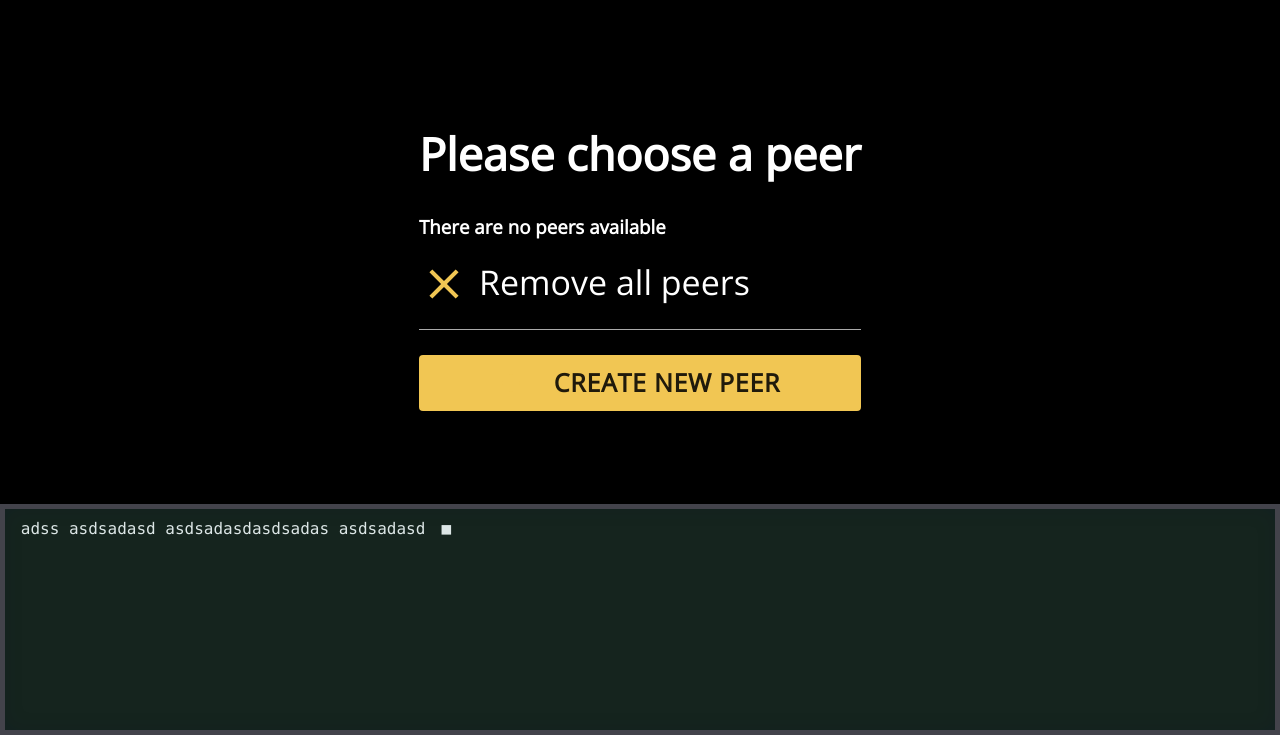
Repository: Bachdz/ASAP-Gui-Frontend
Page: /login
These files come from the project's save history. The page is drawn as it stood at one moment and after the next save; the edit follows.
The browser window is 1280 px wide. The pictures show the whole page.
The page's requests for data from a server got no answer. The project was rebuilt for these pictures with package versions that can differ from the ones it lists, and the page was loaded fresh each time. No one was signed in, and anything a server would have sent is missing. Also part of the build but not shown: src/css/loginscreen/Peer.css, src/components/fragments/Footer.js, src/components/mainscreen/subcomponents/Apps.js, src/css/mainscreen/Main.css, src/components/mainscreen/Main.js.

Above is the page before, as saved 2020-12-16 20:30:52.

### src/App.js
import React from 'react';



import { ReactComponent as Arrow } from './arrow.svg';
import Login from './components/loginscreen/Login';
import Main from './components/mainscreen/Main';
import { Link } from 'react-router-dom';
import Logo from './components/fragments/Footer';


import { BrowserRouter as Router, Route } from 'react-router-dom'

import './App.css';

function App() {
  return (
      <Router>
        <Route exact path="/" render={props => (
          <React.Fragment>
        <div className="container">

            <div className="content">
              <div id="box">
                <h1>Welcome to ASAP engine</h1>
                <Link to="/login"><Arrow id="next" /></Link>
              </div>
            </div>
          <Logo />
        </div>


          </React.Fragment>
        )} />
        <Route path="/login" component={Login} />
        <Route path="/main/user" component={Main} />

      </Router>
  );
}



export default App;

### src/components/loginscreen/Login.js
import React, { Component } from 'react';
import Peer from './subcomponents/Peer';
import CreateUser from './subcomponents/CreateUser';
import CloseIcon from '@material-ui/icons/Close';
import Alert from '@material-ui/lab/Alert';
import Snackbar from '@material-ui/core/Snackbar';
import Logo from '../fragments/Footer';
import Terminal from '../fragments/Terminal';



import '../../css/loginscreen/Login.css';
import axios from 'axios';



class Login extends Component {
    state = {
        peers: [],
        alertopen: false,
        alertmsg: '',
        alerttype: ''
    }

    componentDidMount() {
        axios.get('http://localhost:8080/api/v1/asap/peers')
            .then(res => this.setState({ peers: res.data }))
        document.getElementsByClassName('i-has-teh-code').scrollTop = 9999999;
    }

    //create User
    addUser = (userName) => {
        let url = 'http://localhost:8080/api/v1/asap/peer?name=' + userName;
        axios.post(url)
            .then(res => this.setState({ peers: [...this.state.peers, res.data] }))
    }

    //remove all users
    removeAllUser = () => {
        axios.delete('http://localhost:8080/api/v1/asap/peers')
            .then(res => {
                if (res.data === false) {
                    this.setState({ alertopen: !this.state.alertopen, alertmsg: "Couldn't delete peers", alerttype: "error" });

                } else if (res.data === true) {
                    this.setState({ alertopen: !this.state.alertopen, alertmsg: "Deleted successfully ", alerttype: "success" });
                    axios.get('http://localhost:8080/api/v1/asap/peers')
                        .then(res => this.setState({ peers: res.data }))
                }



            }


            )


    }

    handleClose = (event, reason) => {
        this.setState({ alertopen: !this.state.alertopen });
    }


    render() {
        const { alertopen, alertmsg, alerttype } = this.state;
        return (
            <div>

                <div className="background-container">
                    <div className="content">
                        <div className="login-container">
                            <Snackbar anchorOrigin={{ vertical: 'top', horizontal: 'center' }} open={alertopen} autoHideDuration={2000} onClose={this.handleClose}>
                                <Alert onClose={this.handleClose} severity={alerttype}>
                                    {alertmsg}
                                </Alert>
                            </Snackbar>
                            <h1>Please choose a peer</h1>
                            <Peer peers={this.state.peers} />

                            <div id="remove-peer">
                                <CloseIcon id="remove" onClick={this.removeAllUser} /> Remove all peers
            </div>
                            <CreateUser addUser={this.addUser} />

                        </div>
                    </div>

                </div>
                <Terminal />

            </div>

        );
    }
}


export default Login;

### src/App.css
@import url('https://fonts.googleapis.com/css?family=Open+Sans');
body {
  font-family: "Open Sans", sans-serif;

}

#box {
  text-align: center;
}

.content {
  min-height: 70vh;
  display: flex;
  align-items: center;
}

.container {
  display: flex;
  align-items: center;
  justify-content: center;
  flex-direction: column;
  background-color: #000000;
  color: #ffffff;
  height: 100vh;
  margin:0;
}

footer {
 margin-top:auto;
 width: 100vw;
}



#next {
  cursor: "pointer";
  transition: transform 330ms ease-in-out;

}
#next:hover {
  cursor: pointer;
  -ms-transform: scale(1.2); /* IE 9 */
  -webkit-transform: scale(1.2); /* Safari 3-8 */
  transform: scale(1.2);
}
h1 {
  font-size: 45px;
  text-align: center;
  animation: fadein 3s;
  -moz-animation: fadein 3s; /* Firefox */
  -webkit-animation: fadein 3s; /* Safari and Chrome */
  -o-animation: fadein 3s; /* Opera */
}
@keyframes fadein {
  from {
      opacity:0;
  }
  to {
      opacity:1;
  }
}
@-moz-keyframes fadein { /* Firefox */
  from {
      opacity:0;
  }
  to {
      opacity:1;
  }
}
@-webkit-keyframes fadein { /* Safari and Chrome */
  from {
      opacity:0;
  }
  to {
      opacity:1;
  }
}
@-o-keyframes fadein { /* Opera */
  from {
      opacity:0;
  }
  to {
      opacity: 1;
  }
}

### src/components/loginscreen/subcomponents/Peer.js
import React from 'react';
import '../../../css/loginscreen/Peer.css';
import AccountCircleIcon from '@material-ui/icons/AccountCircle';
import ArrowForwardIcon from '@material-ui/icons/ArrowForward';
// import { Redirect } from 'react-router-dom';
import { Link } from 'react-router-dom';

function Peer (props) {

        if (props.peers.length > 0) {
            return (
                props.peers.map((peer) => (
                    <div className="peer-container">
                        <AccountCircleIcon id="icon" />
                        {peer.name}
                        <Link to={{
                            pathname: '/main/user',
                            state: {
                                peer: peer.name
                            }
                        }}>
                            <ArrowForwardIcon id="forward" />
                        </Link>
                    </div>

                ))

            );


        } else {
            return (
                <h3>There are no peers available</h3>
            )
        }
    }





export default Peer;

### src/components/loginscreen/subcomponents/CreateUser.js
import React, {Component} from 'react';
import Button from '@material-ui/core/Button';
import AddIcon from '@material-ui/icons/Add';
import TextField from '@material-ui/core/TextField';
import Dialog from '@material-ui/core/Dialog';
import DialogActions from '@material-ui/core/DialogActions';
import DialogContent from '@material-ui/core/DialogContent';
import '../../../css/loginscreen/CreateUser.css';
import DialogContentText from '@material-ui/core/DialogContentText';

export class CreateUser extends Component {
    state = {
        open: false,
        error: false,
        username: ''
    }

    handleClickOpen = () => {
        this.setState({
            open: !this.state.open
        })
      };

    handleClose = (e) => {
        this.setState({
            open: !this.state.open
        })
    };

    onChange = (e) => this.setState({ [e.target.name]: e.target.value })

    onSubmit = (e) => {
        if (this.state.username !== '') {
            this.props.addUser(this.state.username);
            this.setState({username : ''});
            this.handleClose();
        } else {
            this.setState({error: true});
        }
    }

    render() {
    const { open,error } = this.state

    return (
        <div>

            <Button startIcon={<AddIcon id="addIcon" />} id="addButton" onClick={this.handleClickOpen}>Create new peer</Button>

            <Dialog open={open} onClose={this.handleClose} aria-labelledby="form-dialog-title">
                <DialogContent id="dialog">
                    <DialogContentText id="dialog-text">
                        Please enter your name
          </DialogContentText>
                    <TextField
                       error={this.state.error}
                     required
                        autoFocus
                        margin="dense"
                        name="username"
                        type="string"
                        label="Username"
                        helperText={error ===true  ? "username is required" : ""}
                        onChange={this.onChange}
                        fullWidth
                    />
                </DialogContent>
                <DialogActions id="dialog-action">
                    <Button onClick={this.onSubmit} id="button" color="primary">
                        Done
          </Button>
                </DialogActions>
            </Dialog>
        </div>
    );
}
}
export default CreateUser ;

### src/components/fragments/Terminal.js
import React from 'react'
import '../../css/Terminal.css';



export default function Terminal() {
    return (
        <div className="console">
            <pre className="i-has-teh-code" >
                adss
                asdsadasd
                asdsadasdasdsadas
                asdsadasd
            </pre>

        </div>
    )
}

### src/css/loginscreen/Login.css
@import url('https://fonts.googleapis.com/css?family=Open+Sans');




.content {
    display: flex;
    align-items: center;
    justify-content: center;
    flex-direction: column;
    background-color: #000000;
    color: #ffffff;
    margin:0;
  }

footer {
   margin-top:auto;
   width: 100vw;
  }




#remove {
    cursor: pointer;
    color: #F1C653;
    float: left;
    font-size: 50px;
    margin-right: 10px;
}

#remove:hover {
    cursor: pointer;
    -ms-transform: scale(1.2); /* IE 9 */
    -webkit-transform: scale(1.2); /* Safari 3-8 */
    transform: scale(1.2);
  }

#remove-peer {
    width: 100%;
    border-bottom: 1px solid #aaa;
    padding-bottom:20px;
    margin-top: 20px;
    display: flex;
    font-size: 34px;
    animation: fadein 3.5s;
    -moz-animation: fadein 3.5s; /* Firefox */
    -webkit-animation: fadein 3.5s; /* Safari and Chrome */
    -o-animation: fadein 3.5s; /* Opera */
}

### src/css/loginscreen/CreateUser.css
@import url('https://fonts.googleapis.com/css?family=Open+Sans');
* {
    font-family:"Open Sans", sans-serif ;
}
#addButton{
    z-index: 99;
    margin-top:25px;
    background-color: #F1C653;
    width: 100%;
    font-size:25px;
    font-weight: bolder;
}

#addIcon {
    font-size: 26px;
}
#dialog {

}
#dialog-text {
    font-family:"Open Sans", sans-serif ;
    color: #000000;

    text-align: center;
}
#button {
    background-color: #F1C653;
    color: #000000;
    width: 50%;
    font-size:15px;
    font-weight: bolder;
}

### src/css/Terminal.css
@charset "UTF-8";
@-webkit-keyframes waiting {
    0% {
        opacity: 0;
    }
    35%,
    75% {
        opacity: 1;
    }
    100% {
        opacity: 0;
    }
}

@keyframes waiting {
    0% {
        opacity: 0;
    }
    35%,
    75% {
        opacity: 1;
    }
    100% {
        opacity: 0;
    }
}

@-webkit-keyframes joltBG {
    0% {
        opacity: 0.3;
    }
    22%,
    26% {
        opacity: 0.2;
    }
    27%,
    45% {
        opacity: 0.4;
    }
    46%,
    76% {
        opacity: 0.5;
    }
    76%,
    78% {
        opacity: 0.05;
    }
    78% {
        opacity: 0.3;
    }
    100% {
        opacity: 0.3;
    }
}

@keyframes joltBG {
    0% {
        opacity: 0.3;
    }
    22%,
    26% {
        opacity: 0.2;
    }
    27%,
    45% {
        opacity: 0.4;
    }
    46%,
    76% {
        opacity: 0.5;
    }
    76%,
    78% {
        opacity: 0.05;
    }
    78% {
        opacity: 0.3;
    }
    100% {
        opacity: 0.3;
    }
}

.i-has-teh-code {
    height: 23vh;
    overflow-y: scroll;
    white-space: pre-wrap;
    background: #15241e;
    color: #dce6e6;
    margin: 0 auto;
    font-family: Monaco, Consolas, "Lucida Console", monospace;
    padding: 1em 1em 2.5em 1em;
    line-height: 0.45;
    position: relative;
    direction:  initial;
}

.i-has-teh-code::-moz-selection {
    color: #141e1e;
    background: #dce6e6;
}

.i-has-teh-code::selection {
    color: #141e1e;
    background: #dce6e6;
}

.i-has-teh-code:before {
    position: absolute;
    pointer-events: none;
    top: 0;
    right: 0;
    bottom: 0;
    left: 0;
    background-color: rgba(50, 50, 80, 0.6);
    content: '';
    z-index: 100;
    box-shadow: inset 0px 0px 20px 0px rgba(0, 0, 60, 0.3);
    background: url('data:[embedded picture, 484 characters]');
    -webkit-animation-name: joltBG;
    animation-name: joltBG;
    -webkit-animation-duration: 10000ms;
    animation-duration: 10000ms;
    -webkit-animation-iteration-count: infinite;
    animation-iteration-count: infinite;
    -webkit-animation-timing-function: linear;
    animation-timing-function: linear;
}

.i-has-teh-code:after {
    position: relative;
    pointer-events: none;
    bottom: 0em;
    left: 0em;
    content: '■';
    padding: 1em;
    -webkit-animation-name: waiting;
    animation-name: waiting;
    -webkit-animation-duration: 1200ms;
    animation-duration: 1200ms;
    -webkit-animation-iteration-count: infinite;
    animation-iteration-count: infinite;
    -webkit-animation-timing-function: ease-in-out;
    animation-timing-function: ease-in-out;
}

.console {
    height: 100%;
    background: rgba(20, 20, 30, 0.8);
    padding: 0.3em;
}

### src/css/mainscreen/Apps.css

#addIcon, #removeIcon {
    float:right;
    color: #F1C653;
    font-size: 30px;
    margin-right:20px;
}
.title {
    display:flex;
    align-items: center;
}


.parentList {
    margin-left:10px;
}

.main-items {
    font-size: 30px;
}

#apps {
    padding-left:50px;
}

.input {
    font-style: italic;
    width: 100%;
    border:none;
    outline: none;
    border-bottom: 2px solid #808080;
    background: #000000;
    color: #ffffff;
    width: 70%;
    margin-left:45px;
    font-size:20px;
}

.add {
    width: 100%;
    display:flex;
    color: #F1C653;
}

#checkicon {
    float: right;
}

#checkicon-inactive {
    color: #808080;
}

Loaded but not shown: public/index.html (common file); src/index.js (common file); src/index.css (common file); src/reportWebVitals.js (common file)

After the next save:
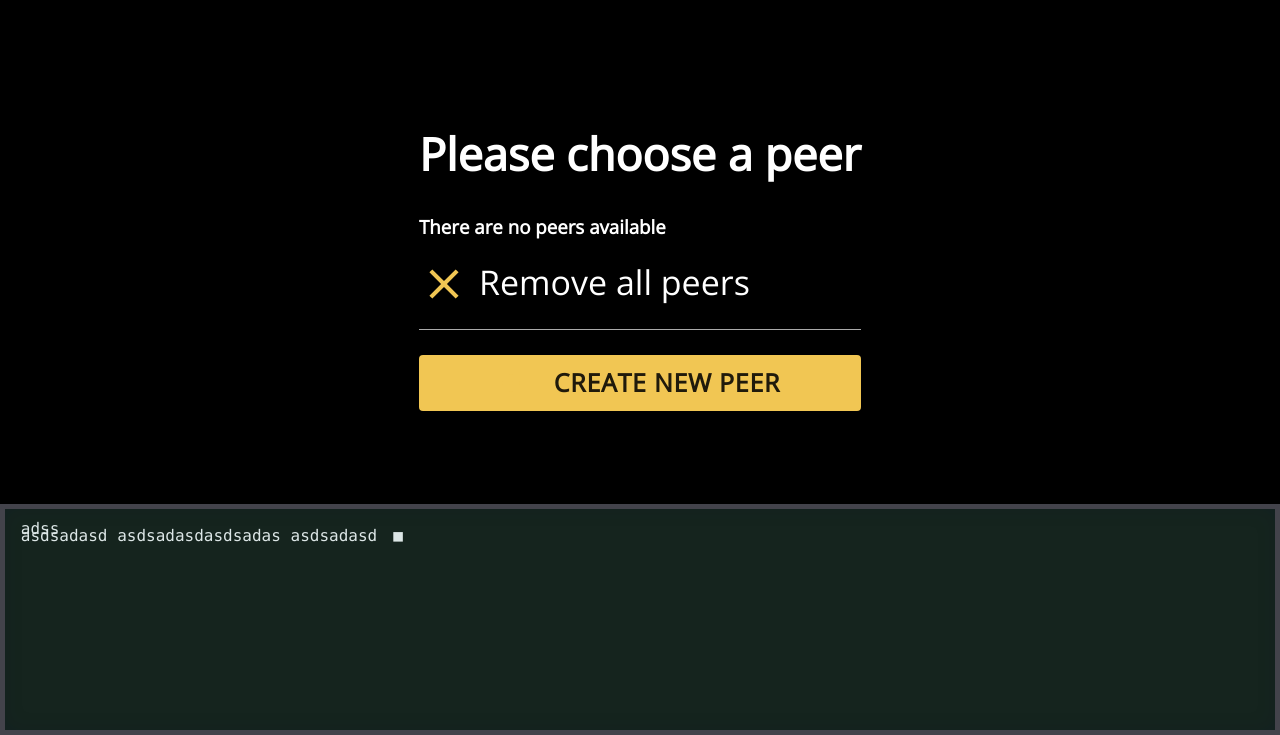
Saved 15 s later.
--- a/src/components/fragments/Terminal.js
+++ b/src/components/fragments/Terminal.js
@@ -7,10 +7,11 @@ export default function Terminal() {
     return (
         <div className="console">
             <pre className="i-has-teh-code" >
-                adss
+                adss<br />
                 asdsadasd
                 asdsadasdasdsadas
                 asdsadasd
+
             </pre>
 
         </div>
